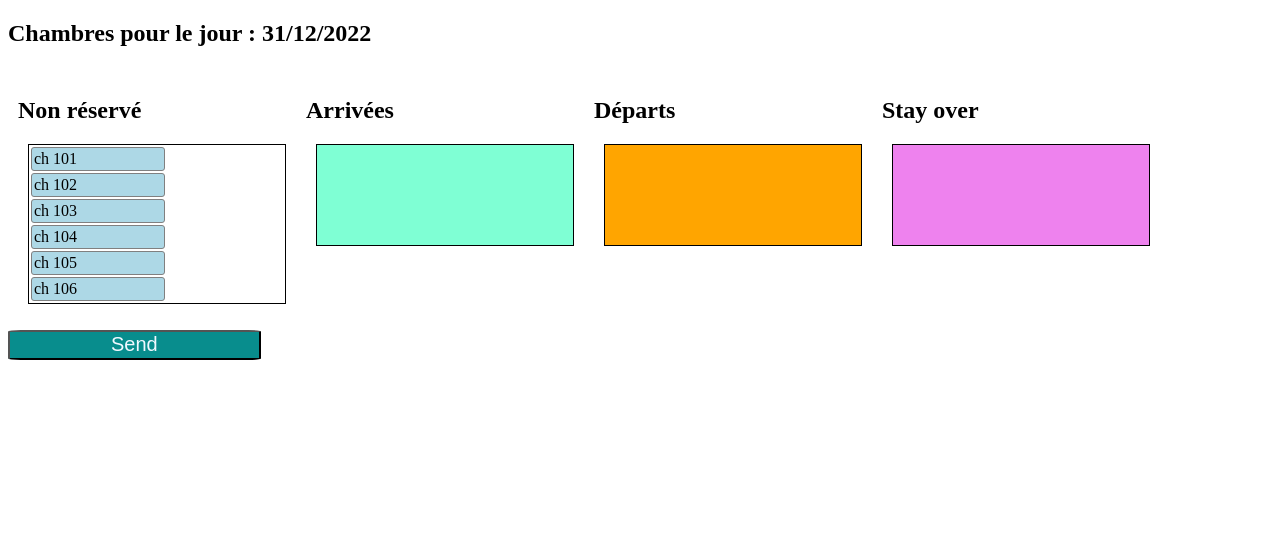
Repository: boschierob/order-app
Page: drag.html
These files come from the project's save history. The page is drawn as it stood at one moment and after the next save; the edit follows.
The browser window is 1280 px wide. The pictures show the whole page.
Some web libraries are served in a nearby version.

Above is the page before, as saved 2023-01-01 00:59:09.

After the next save:
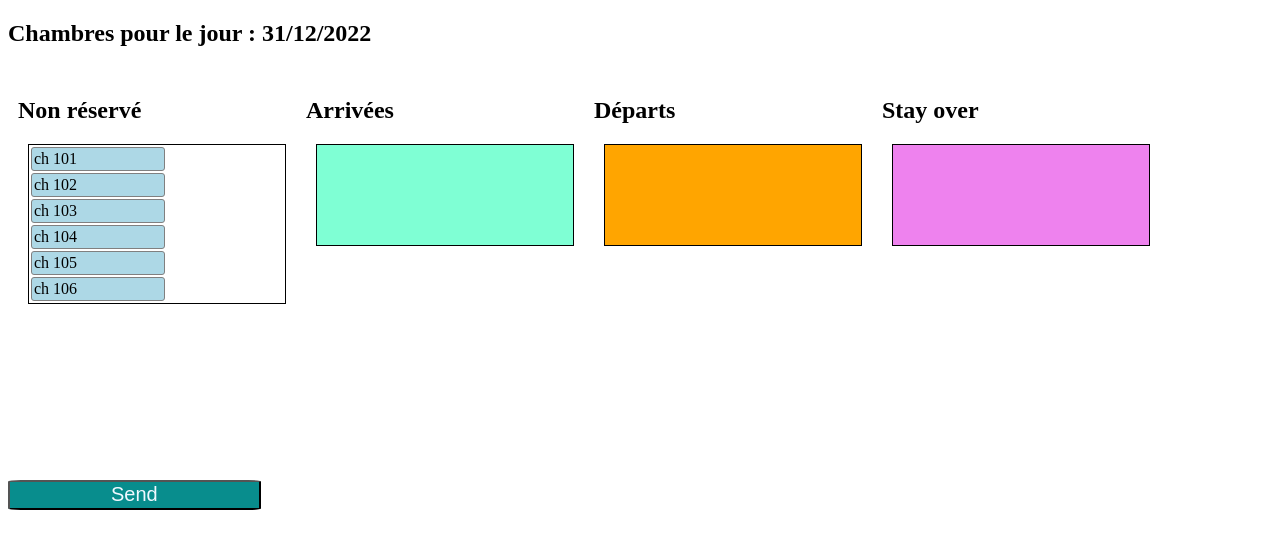
Saved 3 min 8 s later.
--- a/drag.html
+++ b/drag.html
@@ -120,6 +120,10 @@
         </ul>
     </div>
   </div>
+  <div class="items-container">
+    <canvas id="signature-canvas"></canvas>
+
+  </div>
   <button class="btn-large" onclick="sendData()">Send</button>
 
   <!-- Javascript -->
